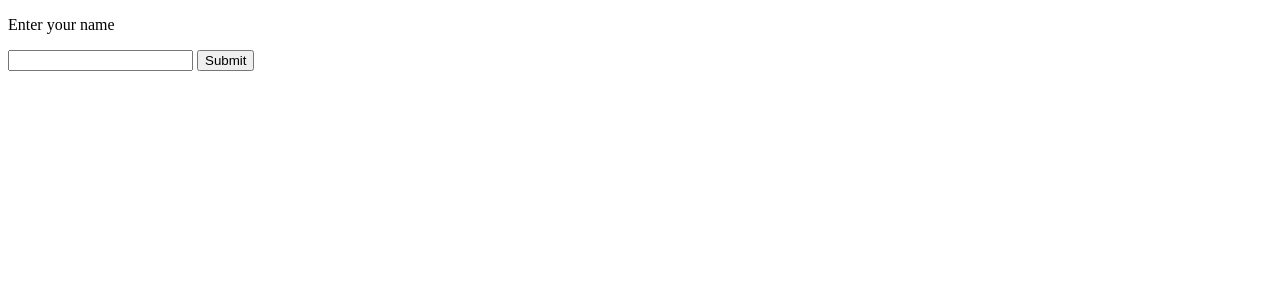
Repository: anmho/rock-paper-scissors
Page: index.html
The author's editor kept a copy of each file at every save. The page is drawn from the files as they stood at one save, then again after the next save.
The browser window is 1280 px wide. The pictures show the whole page.

Above is the page before, as saved 2021-10-26 20:59:33.

### index.html
<!DOCTYPE html>
<html lang="en">
  <head>
    <meta charset="UTF-8" />
    <meta http-equiv="X-UA-Compatible" content="IE=edge" />
    <meta name="viewport" content="width=device-width, initial-scale=1.0" />
    <title>Document</title>
  </head>

  <body>
    <p>Enter your name</p>

    <form>
      <input type="text" id="enterName" />
      <input type="submit" id="submitName" onsubmit="return false" />
    </form>
    <p id="greeting"></p>
  </body>
</html>

<script src="app.js"></script>

### app.js
const nameField = document.getElementById("submitName");

const getName = () => {
  let textField = document.getElementById("enterName");
  greeting.innerHTML = `Hello ${textField.innerHTML}`;
};

const renderHTML = (name) => {
  let greeting = document.createElement(p);
  greeting.innerHTML = "this.value";
};

nameField.addEventListener("click", getName);

After the next save:
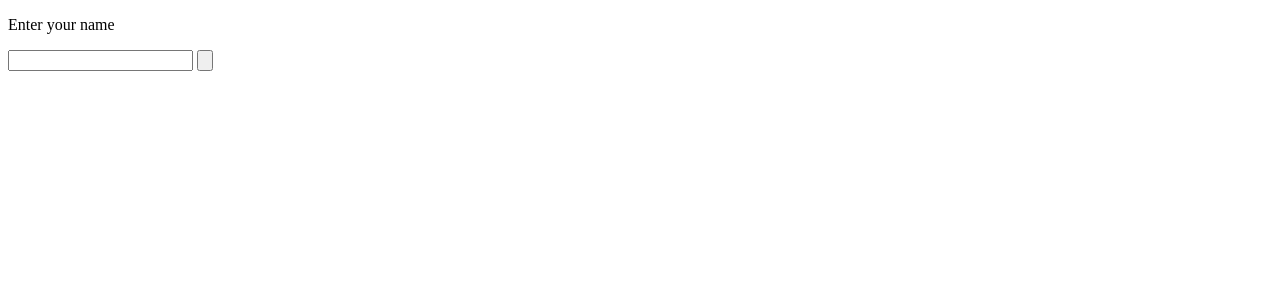
Saved 65 s later.
--- a/index.html
+++ b/index.html
@@ -12,7 +12,7 @@
 
     <form>
       <input type="text" id="enterName" />
-      <input type="submit" id="submitName" onsubmit="return false" />
+      <input type="button" id="submitName" onsubmit="return false" />
     </form>
     <p id="greeting"></p>
   </body>
